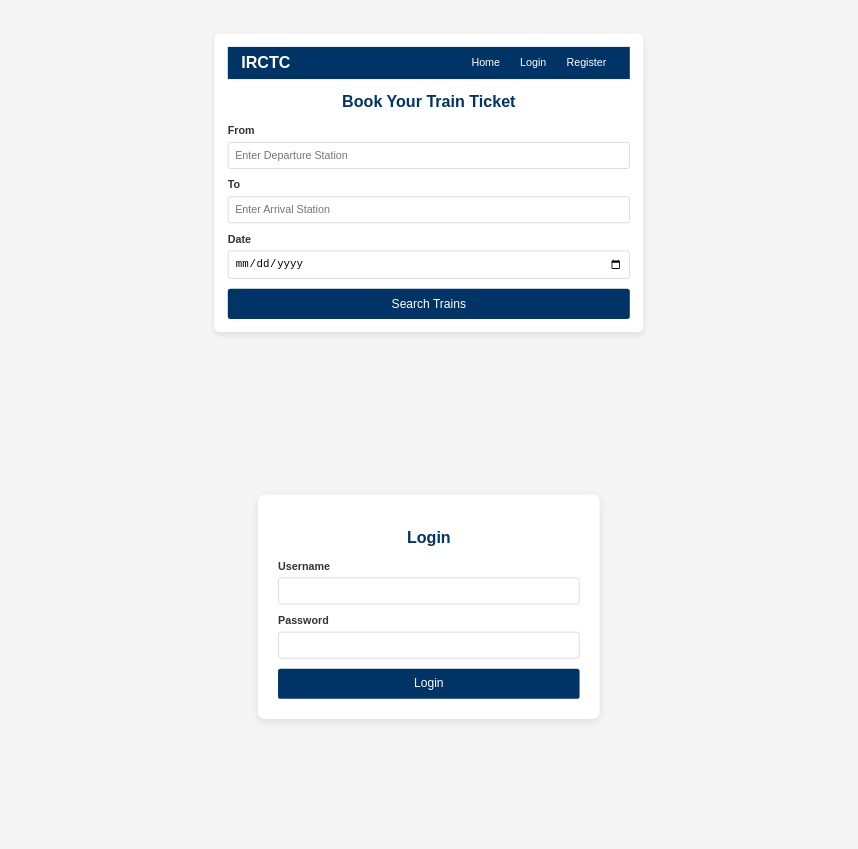
Repository: ssaddamhuss100/IRCTC-Clone
Page: /
The author's editor kept a copy of each file at every save. The page is drawn from the files as they stood at one save, then again after the next save.
The browser window is 1280 px wide. The pictures show the whole page, at 67% of full size.
The project was rebuilt for these pictures with package versions that can differ from the ones it lists, and the page was loaded fresh each time. Also part of the build but not shown: vite.config.js.

Above is the page before, as saved 2025-01-19 11:48:51.

### src/App.jsx
import React, { useEffect } from "react";
import Homepage from "./pages/Homepage/Homepage";
import Login from "./pages/Login/Login";


const App = () => {
  return (
    <div>
      <Homepage/>
      <Login/>
      {/* <Register/> */}
    </div>
  );
};

export default App;

### src/pages/Homepage/Homepage.jsx
import React from "react";
import "./HomePage.css";
import Navbar from "../../components/Navbar/Navbar";
const HomePage = () => {

  return (
    <div className="homepage">
      <Navbar/>
      <h2>Book Your Train Ticket</h2>
      <form>
        <div className="form-group">
          <label htmlFor="from">From</label>
          <input
            type="text"
            id="from"
            placeholder="Enter Departure Station"
            required
          />
        </div>
        <div className="form-group">
          <label htmlFor="to">To</label>
          <input
            type="text"
            id="to"
            placeholder="Enter Arrival Station"
            required
          />
        </div>
        <div className="form-group">
          <label htmlFor="date">Date</label>
          <input type="date" id="date" required />
        </div>
        <button type="submit">Search Trains</button>
      </form>
    </div>
  );
};


export default HomePage;

### src/pages/Login/Login.jsx
import React from "react";
import "./Login.css";

const Login = () => {
  return (
    <div className="login-container">
      <div className="login-box">
        <h2>Login</h2>

        <form>

          <div className="form-group">
            <label htmlFor="username">Username</label>
            <input type="text" id="username" required />
          </div>

          <div className="form-group">
            <label htmlFor="password">Password</label>
            <input type="password" id="password" required />
          </div>

          <button type="submit">Login</button>

        </form>

      </div>
    </div>
  );
};

export default Login;

### src/pages/Homepage/Homepage.css
body {
  margin: 0;
  font-family: Arial, sans-serif;
  background-color: #f5f5f5;
}

.homepage {
  background-color: white;
  padding: 20px;
  margin: 50px auto;
  border-radius: 8px;
  max-width: 600px;
  box-shadow: 0 4px 10px rgba(0, 0, 0, 0.1);
}

h2 {
  color: #003366;
  text-align: center;
  margin-bottom: 20px;
  font-size: 24px;
  font-weight: 700;
}

form {
  display: flex;
  flex-direction: column;
  gap: 15px;
}

.form-group {
  display: flex;
  flex-direction: column;
}

.form-group label {
  font-size: 16px;
  font-weight: 600;
  color: #333;
  margin-bottom: 8px;
}

.form-group input {
  padding: 10px;
  border: 1px solid #ccc;
  border-radius: 4px;
  font-size: 16px;
  transition: border-color 0.3s;
}

.form-group input:focus {
  border-color: #003366;
}

button[type="submit"] {
  background-color: #003366;
  color: white;
  padding: 12px;
  border: none;
  border-radius: 4px;
  font-size: 18px;
  cursor: pointer;
  transition: background-color 0.3s;
}

button[type="submit"]:hover {
  background-color: #005b99;
}

@media (max-width: 768px) {
  .homepage {
    margin: 20px;
    padding: 15px;
  }
}

### src/components/navbar/Navbar.jsx
import React from "react";
import "./Navbar.css";
import Login from "../../pages/Login/Login";
import Register from "../../pages/Register/Register";

const Navbar = () => {
  return (
    <nav className="navbar">
      <h1>IRCTC</h1>
      <ul>
        <li>
          <a href="/">Home</a>
        </li>
        <li>
          <a href="/login">Login</a>
        </li>
        <li>
          <a href="/register">Register</a>
        </li>
      </ul>
    </nav>
  );
};

export default Navbar;

### src/pages/Login/Login.css
/* Outer container to center the form on the page */
.login-container {
  display: flex;
  justify-content: center; /* Center horizontally */
  align-items: center; /* Center vertically */
  min-height: 100vh; /* Full viewport height */
  background-color: #f5f5f5; /* Light gray background */
}

/* Form box layout similar to IRCTC */
.login-box {
  background-color: #ffffff; /* White background for form */
  padding: 30px;
  border-radius: 10px; /* Rounded corners */
  box-shadow: 0 4px 12px rgba(0, 0, 0, 0.1); /* Soft shadow */
  width: 100%; /* Full width of container */
  max-width: 450px; /* Max width to limit form size */
}

/* Form heading */
.login-box h2 {
  text-align: center;
  color: #003366; /* IRCTC blue color for heading */
  margin-bottom: 20px;
}

### src/components/navbar/navbar.css
.navbar {
    display: flex;
    justify-content: space-between;
    align-items: center;
    background-color: #003366;
    padding: 10px 20px;
    color: white;
  }

  .navbar h1 {
    margin: 0;
  }

  .navbar ul {
    list-style-type: none;
    margin: 0;
    padding: 0;
    display: flex;
  }

  .navbar li {
    margin: 0 15px;
  }

  .navbar a {
    color: white;
    text-decoration: none;
    font-size: 16px;
  }

  .navbar a:hover {
    text-decoration: underline;
  }

### src/pages/Register/Register.jsx
import React from "react";
import "./Register.css";

const Register = () => {
  return (
    <div className="register-container">
      <div className="register-box">
        <h2>Register</h2>

        <form>

          <div className="form-group">
            <label htmlFor="username">Username</label>
            <input type="text" id="username" required />
          </div>

          <div className="form-group">
            <label htmlFor="email">Email</label>
            <input type="email" id="email" required />
          </div>

          <div className="form-group">
            <label htmlFor="password">Password</label>
            <input type="password" id="password" required />
          </div>

          <button type="submit">Register</button>

        </form>

      </div>
    </div>
  );
};

export default Register;

### src/pages/Register/Register.css
/* Outer container to center the form on the page */
.register-container {
    display: flex;
    justify-content: center; /* Center horizontally */
    align-items: center; /* Center vertically */
    min-height: 100vh; /* Full viewport height */
    background-color: #f5f5f5; /* Light gray background */
  }

  /* Form box layout similar to IRCTC */
  .register-box {
    background-color: #ffffff; /* White background for form */
    padding: 30px;
    border-radius: 10px; /* Rounded corners */
    box-shadow: 0 4px 12px rgba(0, 0, 0, 0.1); /* Soft shadow */
    width: 100%; /* Full width of container */
    max-width: 450px; /* Max width to limit form size */
  }

  /* Form heading */
  .register-box h2 {
    text-align: center;
    color: #003366; /* IRCTC blue color for heading */
    margin-bottom: 20px;
  }

Loaded but not shown: index.html (common file); src/main.jsx (common file)

After the next save:
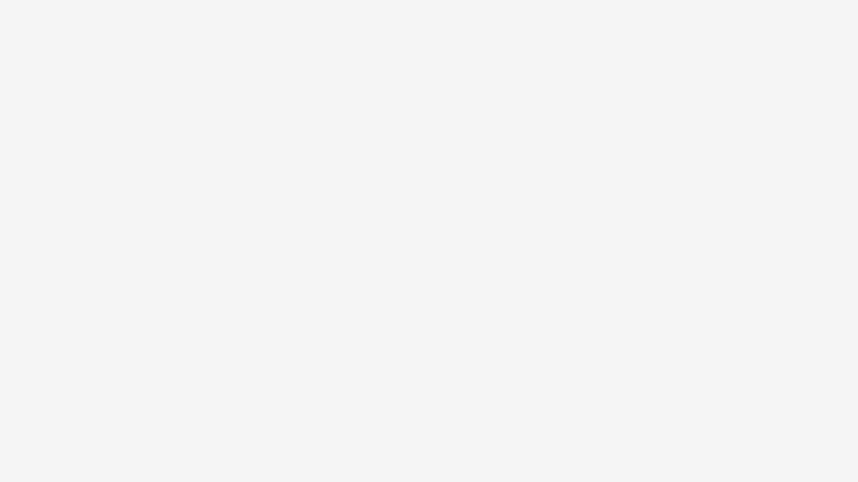
Console error: ReferenceError: Register is not defined
Saved 42 s later.
--- a/src/App.jsx
+++ b/src/App.jsx
@@ -8,7 +8,7 @@
     <div>
       <Homepage/>
       <Login/>
-      {/* <Register/> */}
+      <Register/>
     </div>
   );
 };

After the 2 saves that followed:
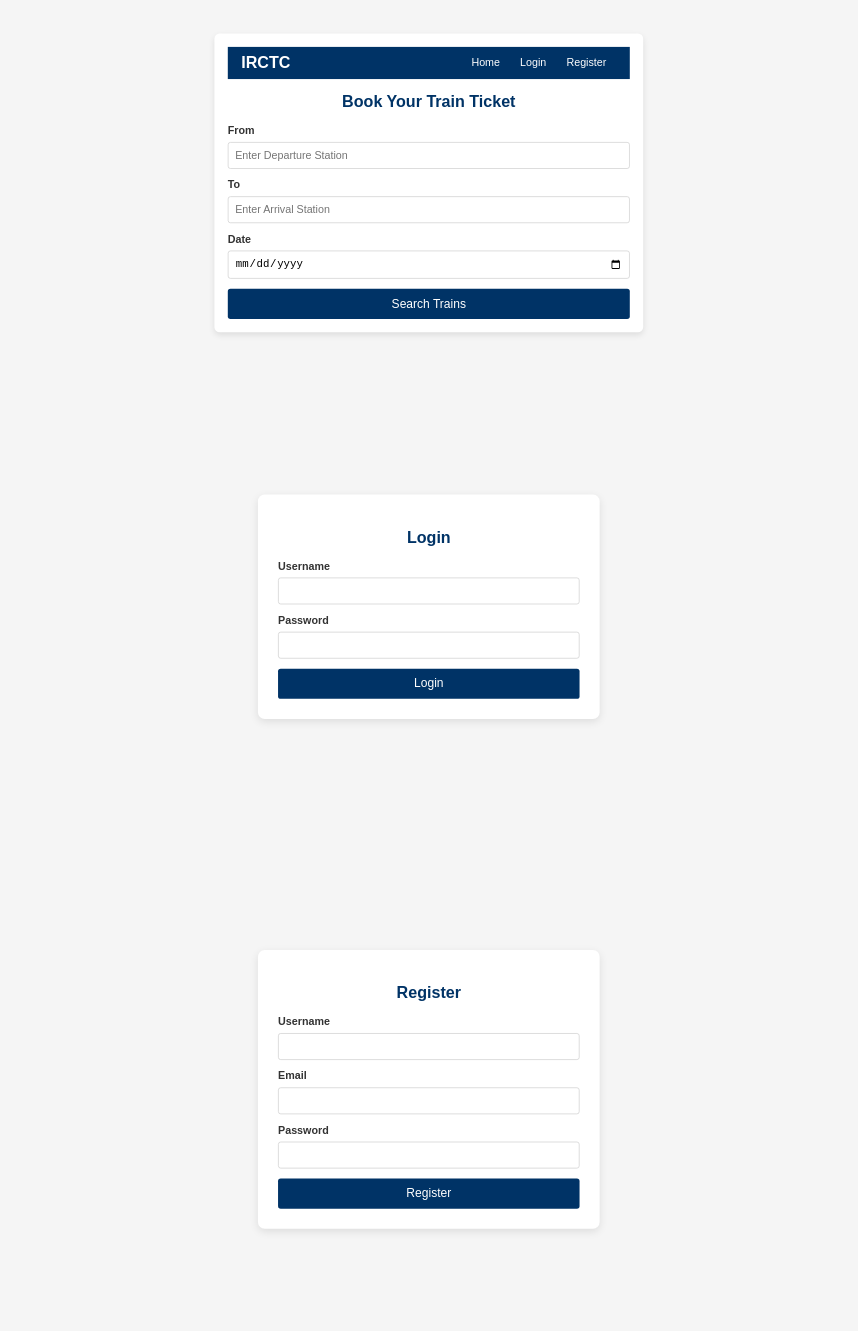
The error is gone.
The 2 saves are shown as one change because they came seconds apart.
The last was saved 53 s later.
--- a/src/App.jsx
+++ b/src/App.jsx
@@ -1,6 +1,7 @@
 import React, { useEffect } from "react";
 import Homepage from "./pages/Homepage/Homepage";
 import Login from "./pages/Login/Login";
+import Register from "./pages/Register/Register";
 
 
 const App = () => {
